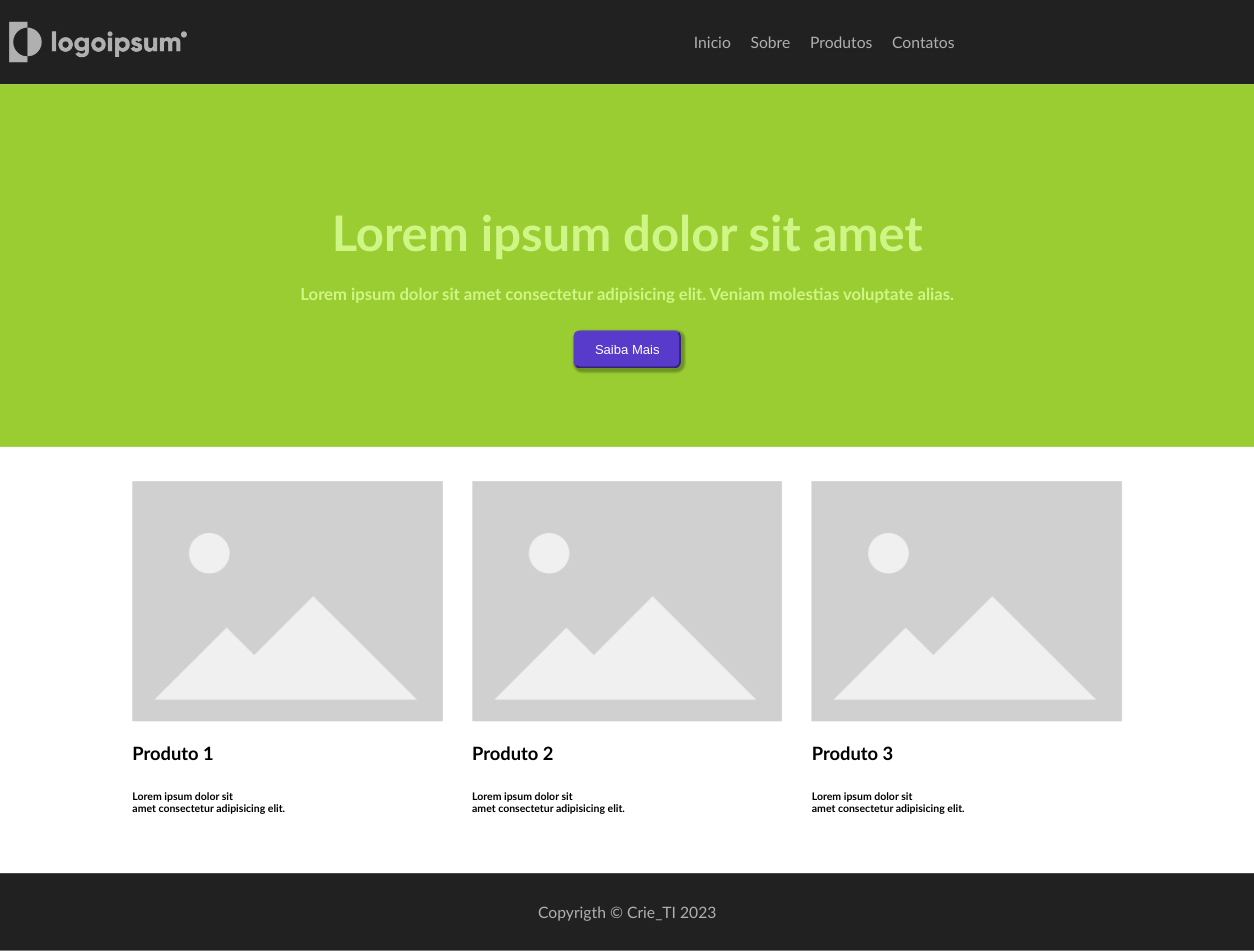
Repository: robsonwssantos/Projeto_Olaria
Page: Exercicios/ex.01/index.html
An editor plug-in stored every save of this project. The page is shown before and after the next save, followed by the edit.
The browser window is 1280 px wide. The pictures show the whole page, at 98% of full size.

Above is the page before, as saved 2023-04-21 13:23:06.

### Exercicios/ex.01/index.html
<!DOCTYPE html>
<html lang="pt-BR">
<head>
    <meta charset="UTF-8">
    <meta http-equiv="X-UA-Compatible" content="IE=edge">
    <meta name="viewport" content="width=device-width, initial-scale=1.0">
    <title>Desafio HTML-CSS</title>

    <style>
        body {
            margin: 0;
            font-family: 'Gill Sans', 'Gill Sans MT', Calibri, 'Trebuchet MS', sans-serif;
        }

        nav {
            color: #B0B0B0;
            background-color: #212121;
        }

        .banner {
            color: #d0f587;
            background-color: #9ACD32;
            text-align: center;
            padding: 80px 80px 80px 80px;
        }

        .banner h1 {
            font-size: 50px;
        }

        .banner h3 {
            font-size: 17px;
            margin-top: -20px;
        }



        .botao {
            color: #fff;
            background-color: #593BCC;
            border-color: #593BCC;
            border-radius: 7px;
            padding: 10px 20px 10px 20px;
            margin-top: 10px;
            box-shadow: 2px 2px 2px 2px rgba(19, 18, 18, 0.315);
        }


        header {
            display: flex;
            align-items: center;
            background-color:#212121;
            box-sizing: border-box;
            color: #B0B0B0;;
          /*padding-left: 20px;
            padding-right: 20px;
            width: 100%;
            position: absolute;
            position: fixed;
            top: 0; */
        }

        header img {
            width: 200px;
            margin-right: 500px;
        }

        header a {
            margin: 8px;
            text-decoration: none;
            color: #B0B0B0;
        }

        a:hover {
            color: #ffffff;
        }


        .container {
            margin: 20px 120px 20px 120px;
            display: flex;
            border-top: none;
            padding-top: 0;
        }

        .container img {
            width: 100%;

        }

        .colum {
            flex: 1; /*distribui as 3 divs dentro do conteiner com larguras iguais*/
            margin: 15px; /*coloca uma margem entre elas*/
            text-align: left;
        }


        footer {
            text-align: center;
            padding-top: 30px;
            padding-bottom: 30px;
            color:#B0B0B0;
            background-color:#212121;

        }

    </style>

</head>
<body>
    <header>

        <img src="logo.png" alt="">
        <nav>
            <a href="">Inicio</a>
            <a href="">Sobre</a>
            <a href="">Produtos</a>
            <a href="">Contatos</a>
        </nav>

    </header>
   <main>
        <section class="banner">
            <div>
                <h1>Lorem ipsum dolor sit amet</h1>
                <h3>Lorem ipsum dolor sit amet consectetur adipisicing elit. Veniam molestias voluptate alias.</h3>
                <button class="botao">Saiba Mais</button>
            </div>
        </section>

        <section class="container" class="row">
            <div class="colum">
                <img src="placeholder.png" alt="">
                <h3>Produto 1</h3>
                <h6>
                    Lorem ipsum dolor sit<br>
                    amet consectetur adipisicing elit.
                </h6>
            </div>
            <div class="colum">
                <img src="placeholder.png" alt="">
                <h3>Produto 2</h3>
                <h6>
                    Lorem ipsum dolor sit<br>
                    amet consectetur adipisicing elit.
                </h6>
            </div>
            <div class="colum">
                <img src="placeholder.png" alt="">
                <h3>Produto 3</h3>
                <h6>
                    Lorem ipsum dolor sit<br>
                    amet consectetur adipisicing elit.
                </h6>
            </div>
        </section>
   </main>

    <footer>
        Copyrigth © Crie_TI 2023
    </footer>
</body>
</html>

After the next save:
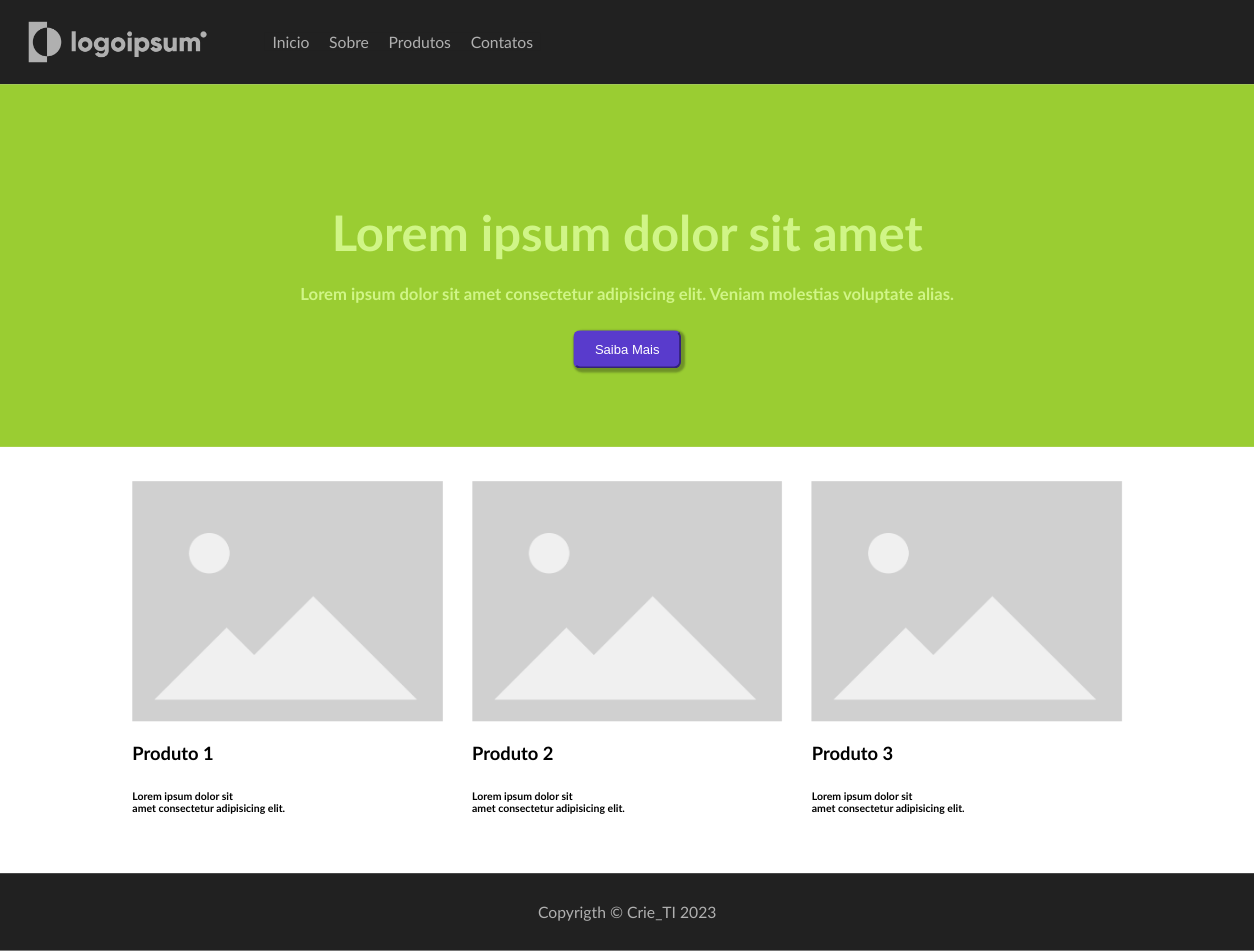
Saved 23 s later.
--- a/Exercicios/ex.01/index.html
+++ b/Exercicios/ex.01/index.html
@@ -62,7 +62,8 @@
 
         header img {
             width: 200px;
-            margin-right: 500px;
+            margin-left: 20px;
+            margin-right: 50px;
         }
 
         header a {
